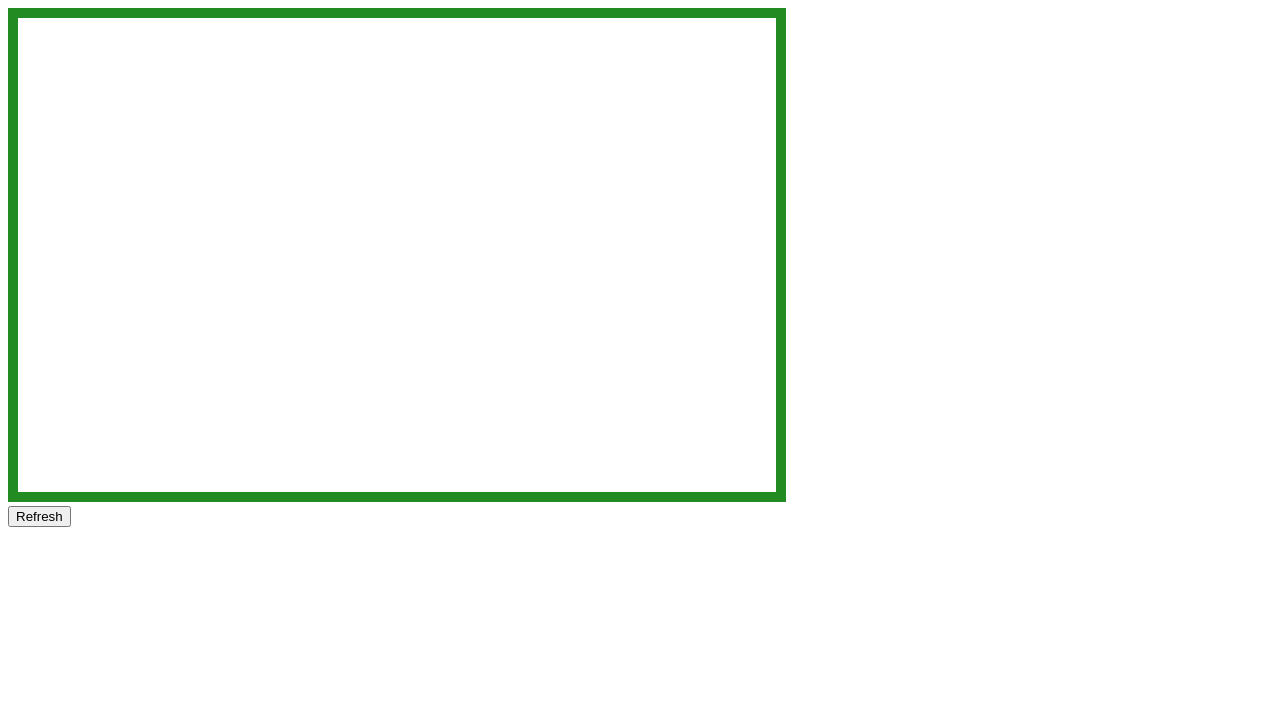
Repository: spidero7/Sketch-Canva
Page: index.html
An editor plug-in stored every save of this project. The page is shown before and after the next save, followed by the edit.
The browser window is 1280 px wide. The pictures show the whole page.

Above is the page before, as saved 2021-09-05 07:31:55.

After the next save:
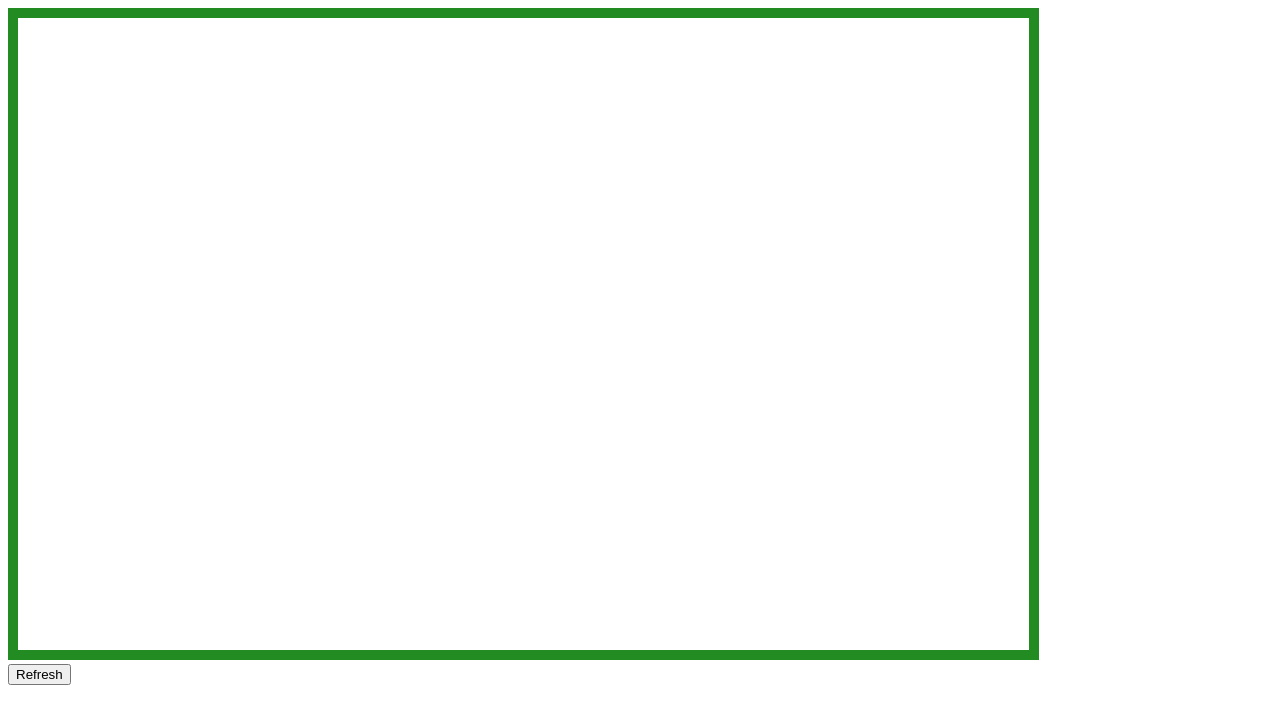
Saved 4 s later.
--- a/style.css
+++ b/style.css
@@ -2,5 +2,5 @@
 
 canvas {
     border: solid 10px forestgreen;
-    width: 60%;
+    width: 80%;
 }
